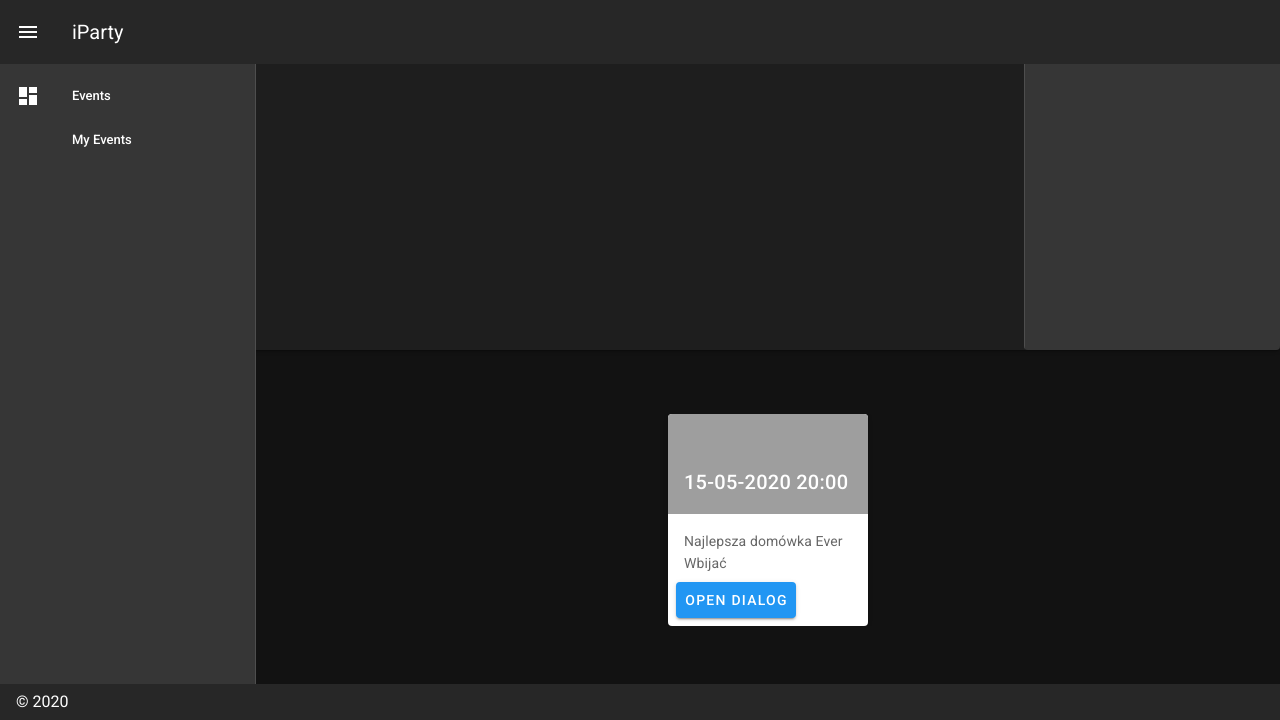
Repository: hexanek/partyapp
Page: /
An editor plug-in stored every save of this project. The page is shown before and after the next save, followed by the edit.
The browser window is 1280 px wide. The pictures show the whole page.
Pictures or frames that could not be fetched are drawn as grey boxes. The project was rebuilt for these pictures with package versions that can differ from the ones it lists, and the page was loaded fresh each time. Also part of the build but not shown: vue.config.js.

Above is the page before, as saved 2020-01-25 18:03:34.

After the next save:
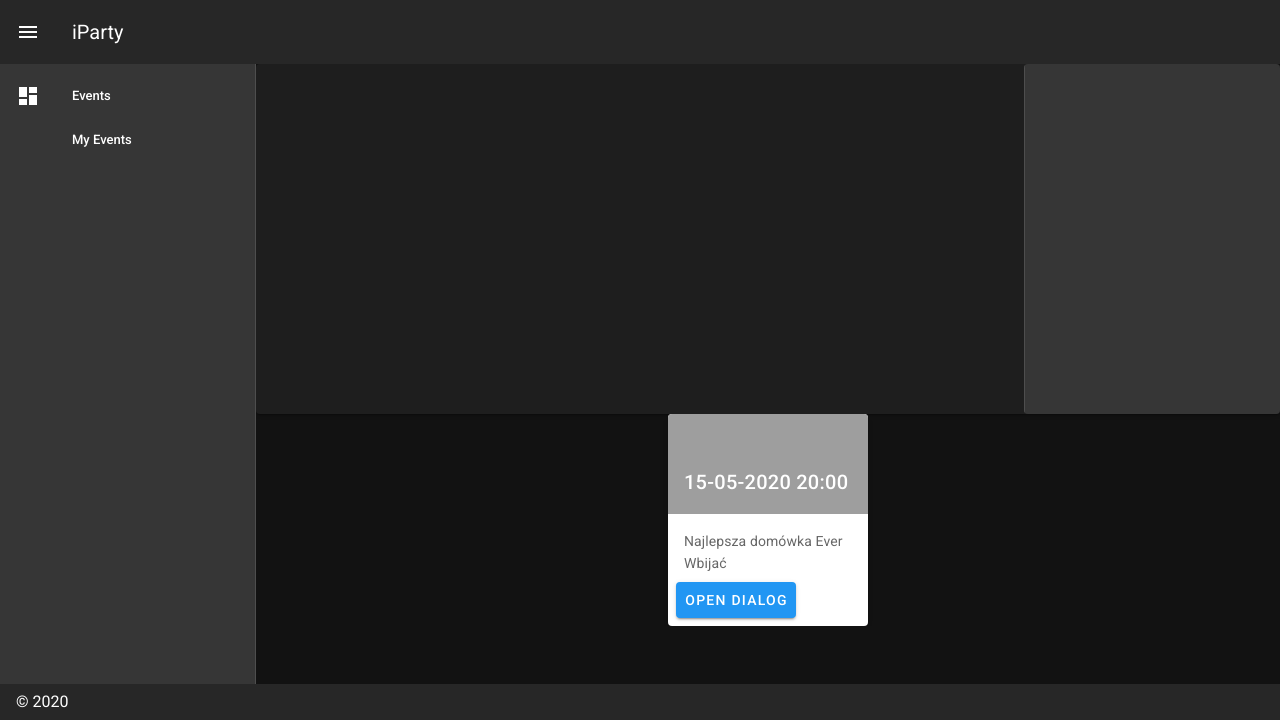
Saved 8 s later.
--- a/src/App.vue
+++ b/src/App.vue
@@ -4,14 +4,15 @@
 
     <navbar>
     </navbar>
-    <v-card height="350px">
+
+    <v-content>
+      <v-card height="350px">
       <v-navigation-drawer
       absolute
       permanent
       right
       ></v-navigation-drawer>
       </v-card>
-    <v-content>
       <v-responsive>
 
       <gmap
